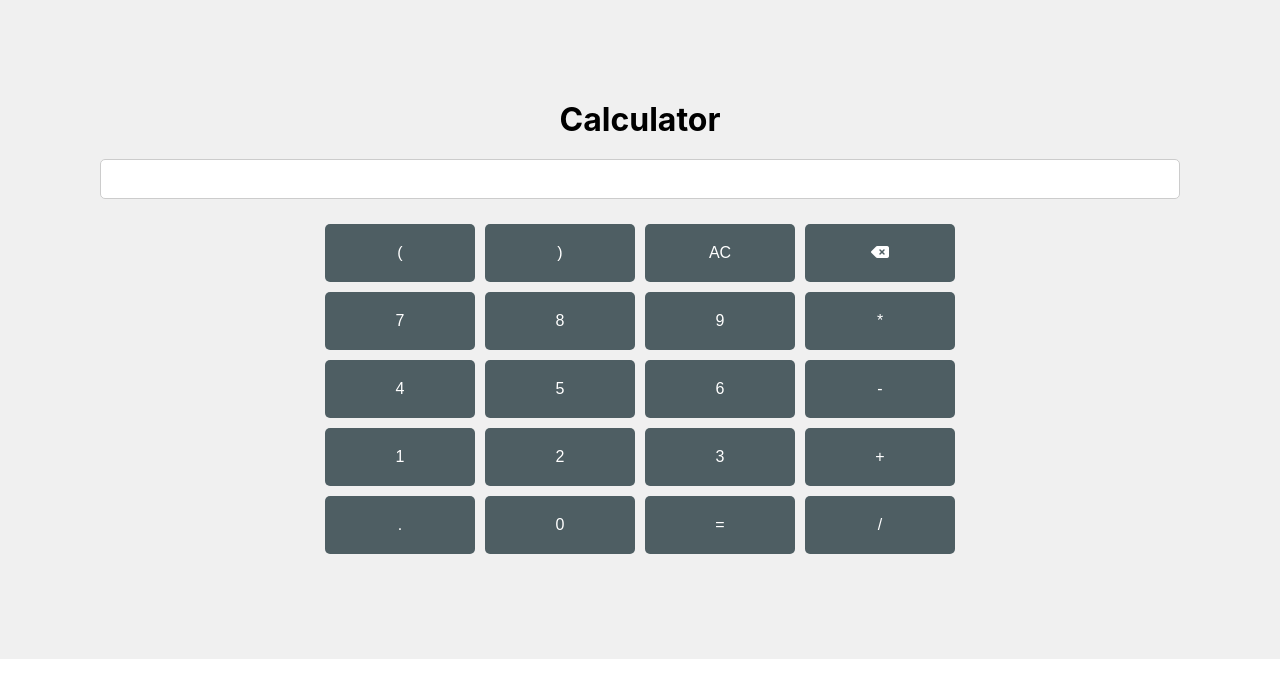
Repository: thesaherriaz/Calculator-React
Page: /
The author's editor kept a copy of each file at every save. The page is drawn from the files as they stood at one save, then again after the next save.
The browser window is 1280 px wide. The pictures show the whole page.
The project was rebuilt for these pictures with package versions that can differ from the ones it lists, and the page was loaded fresh each time.

Above is the page before, as saved 2025-06-18 15:18:49.

After the next save:
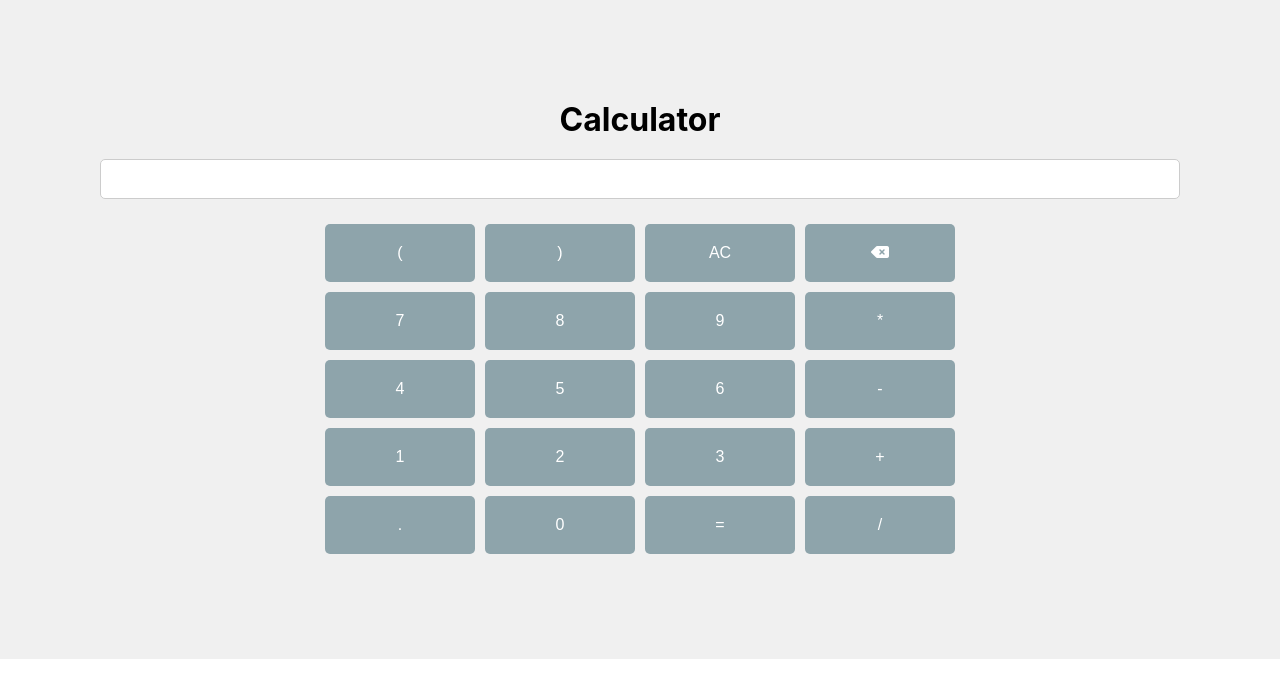
Saved 42 s later.
--- a/src/compnents/Calculator.css
+++ b/src/compnents/Calculator.css
@@ -14,7 +14,7 @@
   padding: 100px;
 }
 .btn-cal{
-  background-color: #4e5e63;
+  background-color: #8ea4ab;
   width: 150px;
   color: white;
   border: none;
